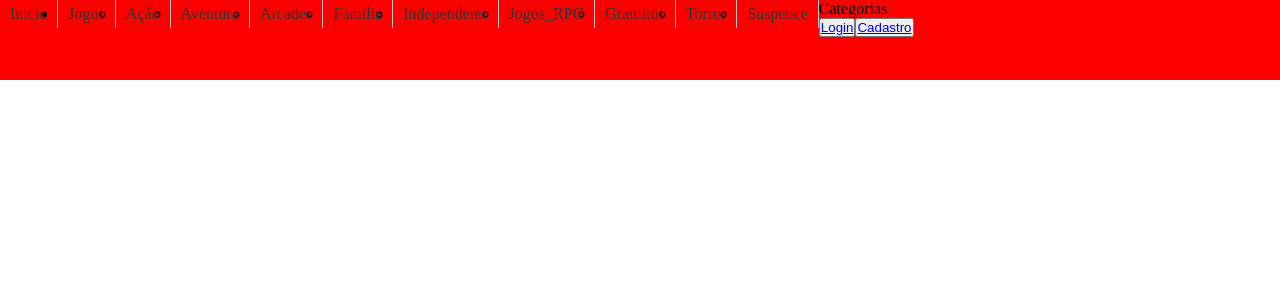
Repository: MarcoantonioCaldeira/Projeto-Go-Gamming
Page: /
These files come from the project's save history. The page is drawn as it stood at one moment and after the next save; the edit follows.
The browser window is 1280 px wide. The pictures show the whole page.
The pointer rests on the first visible `#nav_bar li a`.
The project was rebuilt for these pictures with package versions that can differ from the ones it lists, and the page was loaded fresh each time. Also part of the build but not shown: src/pages/Inicio/estilo.css, src/pages/rodape/rodape.js, src/pages/Inicio/Inicio.js, src/pages/Jogos/Jogos.js, src/pages/Categorias/Acao.js, src/pages/Categorias/Aventura.js, src/pages/Categorias/Arcades.js, src/pages/Categorias/Familia.js and 7 more.

Above is the page before, as saved 2023-01-25 22:49:10.

### src/App.js
import ReactDOM from "react-dom/client";
import "./fonts/Poppins.ttf";
import { BrowserRouter, Routes, Route } from "react-router-dom";

import Menu from "./pages/Menu/Menu";
import Inicio from "./pages/Inicio/Inicio";

//Categorias
import Jogos from "./pages/Jogos/Jogos";
import Acao from "./pages/Categorias/Acao";
import Aventura from "./pages/Categorias/Aventura";
import Arcades from "./pages/Categorias/Arcades";
import Familia from "./pages/Categorias/Familia";
import Independentes from "./pages/Categorias/Independentes";
import Jogos_RPG from "./pages/Categorias/Jogos_RPG";
import Gratuitos from "./pages/Categorias/Gratuitos";
import Terror from "./pages/Categorias/Terror";
import Suspence from "./pages/Categorias/Suspence";


import Login from "./pages/Login/Login";
import Cadastro from "./pages/Cadastro/Cadastro";

function App() {
  return (
   <BrowserRouter>
    <Routes>
      <Route path="/" element={<Menu />}>
        <Route path="Inicio" element={<Inicio />}/>
        <Route path="jogos" element={< Jogos />}/>
          <Route path="Acao" element={<Acao />}/>
          <Route path="Aventura" element={<Aventura />}/>
          <Route path="Arcades" element={<Arcades />}/>
          <Route path="Familia" element={<Familia />}/>
          <Route path="Independentes" element={<Independentes />}/>
          <Route path="Jogos_RPG" element={<Jogos_RPG />}/>
          <Route path="Gratuitos" element={<Gratuitos />}/>
          <Route path="Terror" element={<Terror />}/>
          <Route path="Suspence" element={<Suspence />}/>
        <Route path="Login" element={<Login />}/>
        <Route path="Cadastro" element={<Cadastro />}/>
      </Route>
    </Routes>
   </BrowserRouter>
  );
}

const root = ReactDOM.createRoot(document.getElementById('root'))
root.render(<App />);
export default App;

### src/pages/Menu/Menu.js
import { Outlet, Link } from "react-router-dom";
import './estilo.css';


const Menu = () => {
  return (
      <>
        <nav id="nav_bar">
          <ul>
            <li>
              <Link to="./Inicio">Inicio</Link>
            </li>
            <li>
              <Link to="./Jogos">Jogos</Link>
            </li>
            <ul>
              <a>Categorias</a>
                <li><Link to="./Acao">Ação</Link></li>
                <li><Link to="./Aventura">Aventura</Link></li>
                <li><Link to="./Arcades">Arcades</Link></li>
                <li><Link to="./Familia">Familia</Link></li>
                <li><Link to="./Independentes">Independetes</Link></li>
                <li><Link to="./Jogos_RPG">Jogos_RPG</Link></li>
                <li><Link to="./Gratuitos">Gratuitos</Link></li>
                <li><Link to="./Terror">Torror</Link></li>
                <li><Link to="./Suspence">Suspence</Link></li>
            </ul>
          </ul>
          <button><Link to="./Login">Login</Link></button>
          <button><Link to="./Cadastro">Cadastro</Link></button>
        </nav>
        <Outlet />
      </>
  )
};

export default Menu;

### src/pages/Menu/estilo.css

*{
    margin: 0;
    padding: 0;
}

/* a, ul{
    display: inline;
    color: white;
    text-decoration: none !important;
    font-family: Arial;
} */

#nav_bar{
    position:relative;
    width: 100%;
    list-style:none;
    float:left;
    background-color: red;
    height: 80px;
}

#nav_bar li{
    position:relative;
    float:left;
    border-right:1px solid #c0c0c0;
}

#nav_bar li a{color:#333; text-decoration:none; padding:5px 10px; display:block;}

Loaded but not shown: public/index.html (common file); src/index.js (common file); src/reportWebVitals.js (common file); public/manifest.json (common file)

After the next save:
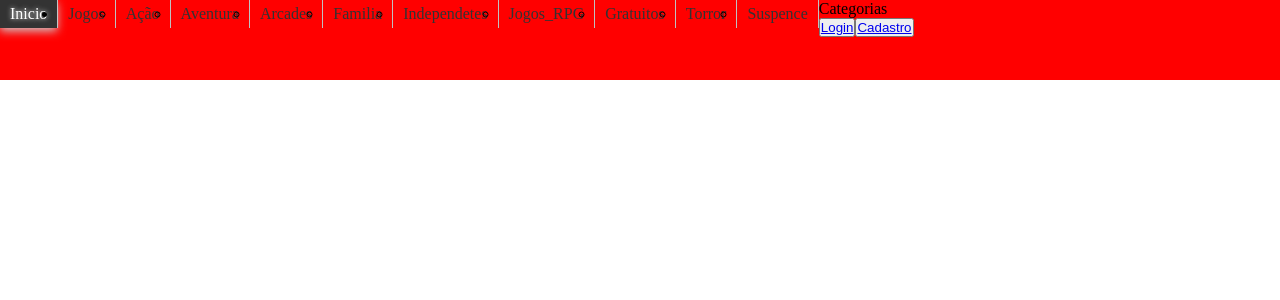
Saved 49 s later.
--- a/src/pages/Menu/estilo.css
+++ b/src/pages/Menu/estilo.css
@@ -27,3 +27,11 @@
 }
 
 #nav_bar li a{color:#333; text-decoration:none; padding:5px 10px; display:block;}
+
+#nav_bar li a:hover{
+    background:#333;
+    color:#fff;
+    -moz-box-shadow:0 3px 10px 0 #CCC;
+    -webkit-box-shadow:0 3px 10px 0 #ccc;
+    text-shadow:0px 0px 5px #fff;
+    }

After the 2 saves that followed:
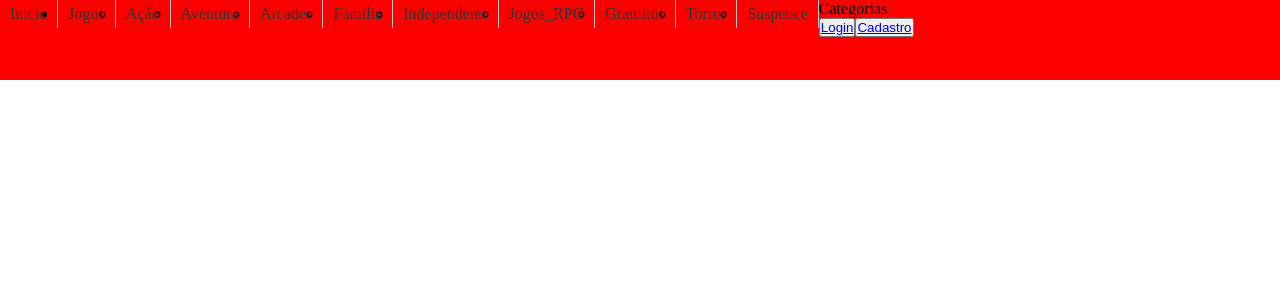
The 2 saves are shown as one change because they came seconds apart.
The last was saved 29 s later.
--- a/src/pages/Menu/estilo.css
+++ b/src/pages/Menu/estilo.css
@@ -27,11 +27,3 @@
 }
 
 #nav_bar li a{color:#333; text-decoration:none; padding:5px 10px; display:block;}
-
-#nav_bar li a:hover{
-    background:#333;
-    color:#fff;
-    -moz-box-shadow:0 3px 10px 0 #CCC;
-    -webkit-box-shadow:0 3px 10px 0 #ccc;
-    text-shadow:0px 0px 5px #fff;
-    }
